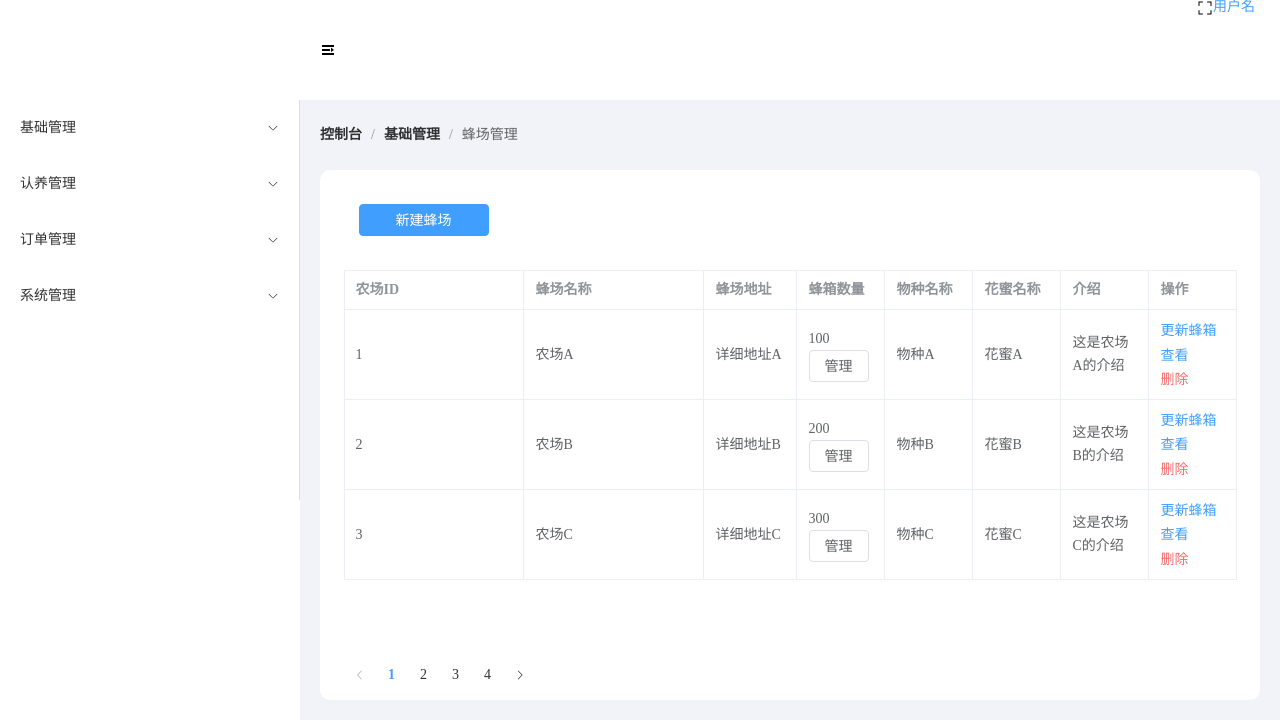
Repository: secret47/test-office-demo
Page: /dashboard/basic/farm
These files come from the project's save history. The page is drawn as it stood at one moment and after a run of saves; the edit follows.
The browser window is 1280 px wide. The pictures show the whole page.
The project was rebuilt for these pictures with package versions that can differ from the ones it lists, and the page was loaded fresh each time. Also part of the build but not shown: vite.config.js.

Above is the page before, as saved 2024-10-30 14:29:37.

### src/main.js
import { createApp } from 'vue'
import '@/style/main.scss'
import App from './App.vue'
import router from './router'

import lang from "./local"


import ElementPlus from "element-plus";
import 'element-plus/dist/index.css'
import * as ElementPlusIconsVue from '@element-plus/icons-vue'

const app = createApp(App);

for (const [key, component] of Object.entries(ElementPlusIconsVue)) {
    app.component(key, component)
}

app.use(lang)
app.use(ElementPlus)
app.use(router)
app.mount('#app')

### src/style/main.scss
* {
    padding: 0;
    margin: 0;
}

html,
body {
    width: 100%;
    height: 100%;
    background: #ffffff;
}

#app {
    width: 100%;
    height: 100%;
}

.main-container {
    width: 100%;
    height: 100%;
}

//顶部搜索
.searchBox {
    width: calc(95% - 30px);
    height: 70px;
    margin: 0 auto;
    padding: 15px;
    display: flex;
    flex-direction: column;
    justify-content: center;

    .new {
        width: 130px;
    }
    .item{
        width:350px;
    }
}

.list {
    width: 95%;
    height: calc(100% - 100px);
    margin: 0 auto;

    .tables {
        width: 100%;
        height: calc(100% - 50px);
    }

    .pages {
        width: 100%;
        height: 50px;
        display: flex;
        flex-direction: column;
        justify-content: center;

    }
}

### src/App.vue
<template>
  <!-- <div> -->
    <router-view />
  <!-- </div> -->
</template>

### src/router/index.js
import { createRouter, createWebHistory } from 'vue-router'
import layouts from "../layouts/index.vue"

const routes = [
    {
        path: '/',
        name: 'Login',
        component: () => import('@/views/login.vue'),
    },
    // 其他路由...
    {
        path: "/dashboard",
        name: "Dashboard",
        component: layouts,
        meta: {
            title: "控制中心"
        },
        children: [
            {
                path: "basic",
                name: "Basic",
                meta: {
                    title: "基础管理"
                },
                component: () => import("@/views/dashboard/basic/index.vue"),
                children: [
                    {
                        path: "farm",
                        name: "farm",
                        meta: {
                            title: "蜂场管理"
                        },
                        component: () => import("@/views/dashboard/basic/farm/index.vue"),
                    }
                ]

            },
            {
                path: "adopt",
                name: "Adopt",
                meta: {
                    title: "认养管理"
                },
                component: () => import("@/views/dashboard/adopt/index.vue"),
                children: [
                    {
                        path: "price",
                        name: "Price",
                        meta: {
                            title: "价格管理"
                        },
                        component: () => import("@/views/dashboard/adopt/price/index.vue"),
                    }
                ]
            },
            {
                path:"order",
                name: "Order",
                meta:{
                    title: "订单管理"
                },
                component: () => import("@/views/dashboard/order/index.vue"),
                children:[
                    {
                        path: "list",
                        name: "OrderList",
                        meta: {
                            title: "订单列表"
                        },
                        component: () => import("@/views/dashboard/order/list/index.vue"),
                    }
                ]
            },
            {
                path: "user",
                name: "User",
                meta: {
                    title: "用户管理"
                },
                component: () => import("@/views/dashboard/user/index.vue"),
            },

        ]
    }
]

const router = createRouter({
    history: createWebHistory(),
    routes
})

export default router

### src/local/index.js
import { createI18n } from "vue-i18n";

import message from "./language"
const i18n = createI18n({
    locale: "zh",
    fallbackLocale: "zh",
    messages: message
})

export default i18n;

### src/layouts/index.vue
<template>
    <div class="layout">
        <el-container>
            <el-aside width="300px" class="side">
                <div class="logo"></div>
                <MenuComponent />
            </el-aside>
            <el-container class="container">
                <el-header>
                    <HeaderComponent></HeaderComponent>
                </el-header>
                <el-main>
                    <div class="bread">
                        <el-breadcrumb separator="/">
                            <el-breadcrumb-item :to="{ path: '/' }">控制台</el-breadcrumb-item>
                            <el-breadcrumb-item><a href="/">基础管理</a></el-breadcrumb-item>
                            <el-breadcrumb-item>蜂场管理</el-breadcrumb-item>
                        </el-breadcrumb>
                    </div>
                    <div class="main">
                        <router-view></router-view>
                    </div>
                </el-main>
            </el-container>
        </el-container>
    </div>
</template>

<script setup>
import MenuComponent from "./components/menu.vue"
import HeaderComponent from "./components/header.vue"
import { ref } from 'vue';
const isCollapse = ref(false);
const toggleCollapse = () => {
    isCollapse.value = !isCollapse.value;
};
</script>

<style lang="scss" scoped>
.layout {
    width: 100%;
    height: 100%;

    .el-container {
        width: 100%;
        height: 100%;
    }

    .side {
        height: 100%;

        .logo {
            width: 100%;
            height: 100px;
        }
    }

    .container {
        width: calc(100% - 300px);
        height: 100%;

        .el-header {
            width: 100%;
            height: 100px;
            background: #ffffff;
        }

        .el-main {
            background: #F2F3F8;
            padding-top: 0;
            .bread {
                width: 100%;
                height: 70px;
                display: flex;
                flex-direction: column;
                justify-content: center;
            }

            .main {
                width: 100%;
                height: calc(100% - 70px);
                background: #ffffff;
                border-radius: 10px;
            }
        }
    }
}
</style>

### src/views/dashboard/basic/index.vue
<script setup lang="ts">
import { RouterView } from 'vue-router';
</script>

<template>
    <RouterView></RouterView>
</template>

### src/views/dashboard/basic/farm/index.vue
<template>
    <div class="main-container">
        <div class="searchBox">
            <el-button type="primary" class="new" @click="openCreateDialog">新建蜂场</el-button>
        </div>
        <div class="list">
            <div class="tables">
                <el-table border :data="farmList"> <el-table-column prop="farmId" label="农场ID"
                        width="180"></el-table-column>
                    <el-table-column prop="farmName" label="蜂场名称" width="180"></el-table-column>
                    <el-table-column prop="address" label="蜂场地址"></el-table-column>
                    <el-table-column prop="hiveNums" label="蜂箱数量">
                        <template #default="scope">
                            {{scope.row.hiveNums}}
                            <el-button>管理</el-button>
                        </template>
                    </el-table-column>
                    <el-table-column prop="speciesName" label="物种名称"></el-table-column>
                    <el-table-column prop="nectarName" label="花蜜名称"></el-table-column>
                    <el-table-column prop="introduce" label="介绍"></el-table-column>
                    <el-table-column label="操作">
                        <template #default="scope">
                            <el-link type="primary">更新蜂箱</el-link>
                            &nbsp;
                            <el-link type="primary">查看</el-link>
                            &nbsp;
                            <el-link type="danger">删除</el-link>
                        </template>
                    </el-table-column>
                </el-table>
            </div>
            <div class="pages">
                <el-pagination layout="prev, pager, next" :total="40" />
            </div>
        </div>
    </div>

    <el-dialog v-model="showCreateNew" title="新建蜂场" width="30%">
        <div class="forms">
            <el-form :model="createForm" label-width="120px">
                <el-form-item label="农场ID">
                    <el-input v-model="createForm.farmId"></el-input>
                </el-form-item>
                <el-form-item label="蜂场名称">
                    <el-input v-model="createForm.farmName"></el-input>
                </el-form-item>
                <el-form-item label="省份">
                    <el-select v-model="createForm.province" placeholder="请选择省份">
                        <el-option label="省份A" value="省份A"></el-option>
                        <el-option label="省份B" value="省份B"></el-option>
                        <el-option label="省份C" value="省份C"></el-option>
                    </el-select>
                </el-form-item>
                <el-form-item label="详细地址">
                    <el-input v-model="createForm.address"></el-input>
                </el-form-item>
                <el-form-item label="物种名称">
                    <el-input v-model="createForm.speciesName"></el-input>
                </el-form-item>
                <el-form-item label="花蜜名称">
                    <el-input v-model="createForm.nectarName"></el-input>
                </el-form-item>
                <el-form-item label="介绍">
                    <el-input type="textarea" v-model="createForm.introduce"></el-input>
                </el-form-item>
            </el-form>
        </div>
        <template #footer>
            <span class="dialog-footer">
                <el-button @click="showCreateNew = false">{{ $t("cancel") }}</el-button>
                <el-button type="primary" @click="showCreateNew = false">
                    {{ $t("save") }}
                </el-button>
            </span>
        </template>
    </el-dialog>

</template>
<script setup>
import { ref, reactive } from "vue"

const farmList = reactive([
    {
        farmId: "1",
        farmName: "农场A",
        provice: "省份A",
        city: "城市A",
        district: "区域A",
        address: "详细地址A",
        introduce: "这是农场A的介绍",
        hiveNums: "100",
        speciesName: "物种A",
        nectarName: "花蜜A",
        lng: "123.456",
        lat: "78.910"
    },
    {
        farmId: "2",
        farmName: "农场B",
        provice: "省份B",
        city: "城市B",
        district: "区域B",
        address: "详细地址B",
        introduce: "这是农场B的介绍",
        hiveNums: "200",
        speciesName: "物种B",
        nectarName: "花蜜B",
        lng: "123.457",
        lat: "78.911"
    },
    {
        farmId: "3",
        farmName: "农场C",
        provice: "省份C",
        city: "城市C",
        district: "区域C",
        address: "详细地址C",
        introduce: "这是农场C的介绍",
        hiveNums: "300",
        speciesName: "物种C",
        nectarName: "花蜜C",
        lng: "123.458",
        lat: "78.912"
    }
])

const createForm = reactive({
    farmId: "",
    farmName: "",
    province: "",
    address: "",
    hiveNums: "",
    speciesName: "",
    nectarName: "",
    introduce: ""
})

const showCreateNew = ref(false)


const openCreateDialog = () => {
    showCreateNew.value = true;
}
</script>

### src/local/language/index.js
import zh from "./zh"
import en from "./en"

export default {
    ...en,
    ...zh
}

### src/layouts/components/menu.vue
<template>
    <el-menu class="menu">
        <el-sub-menu index="1" :collapse="isCollapse">
            <template #title>基础管理</template>
            <el-menu-item index="1-1">蜂场管理</el-menu-item>
            <el-menu-item index="1-2">蜂箱管理</el-menu-item>
        </el-sub-menu>
        <el-sub-menu index="2">
            <template #title>认养管理</template>
            <el-menu-item index="2-1">认养设置</el-menu-item>
        </el-sub-menu>
        <el-sub-menu index="3">
            <template #title>订单管理</template>
            <el-menu-item index="3-1">订单列表</el-menu-item>
        </el-sub-menu>
        <el-sub-menu index="4">
            <template #title>系统管理</template>
            <el-menu-item index="2-1">素材管理</el-menu-item>
        </el-sub-menu>
    </el-menu>
</template>

<script setup>
import { ref } from 'vue';
const isCollapse = ref(false);
</script>

<style lang="scss" scoped>
.menu:not(.el-menu--collapse) {
    width: 300px;
    min-height: 400px;
}
</style>

### src/layouts/components/header.vue
<template>
    <div class="header">
        <div class="collapseIcon">
            <el-icon style="cursor: pointer;">
                <Expand />
            </el-icon>
        </div>
        <div class="user">
            <el-icon><FullScreen /></el-icon>
            <el-dropdown trigger="click" @command="handleCommand">
                <span class="el-dropdown-link">
                    <i class="el-icon-user"></i>
                    {{ username }}
                    <i class="el-icon-arrow-down el-icon--right"></i>
                </span>
                <template #dropdown>
                    <el-dropdown-menu>
                        <el-dropdown-item command="userCenter">个人中心</el-dropdown-item>
                        <el-dropdown-item command="logout">退出登录</el-dropdown-item>
                    </el-dropdown-menu>
                </template>
            </el-dropdown>

        </div>
    </div>
</template>

<script setup>
import { ref } from 'vue';
import { ElMessage } from 'element-plus';

const username = ref('用户名'); // 这里应该从后端获取真实的用户名

const handleCommand = (command) => {
    if (command === 'logout') {
        // 执行退出操作
        ElMessage.success('退出成功');
        // 这里可以添加跳转到登录页面的逻辑
    } else if (command === 'userCenter') {
        // 跳转到个人中心页面
        ElMessage.info('跳转到个人中心');
        // 这里可以添加跳转逻辑
    }
};
</script>

<style lang="scss" scoped>
.header {
    display: flex;
}

.el-dropdown-link {
    cursor: pointer;
    color: #409EFF;
}


.collapseIcon {
    width: 100px;
    height: 100px;
    display: flex;
    // justify-content: center;
    /* 水平居中 */
    align-items: center;
    /* 垂直居中 */
}

.user {
    margin-left: auto;
}
</style>

### src/local/language/zh.js
export default{
    zh:{
        title:"后台管理系统",
        login:"登录",
        username:"用户名",
        password:"密码",
        remember:"记住密码",
        forget:"忘记密码",
        save:"保存",
        confirm:"确定",
        cancel:"取消",
        delete:"删除",
        show:"查看",
        open:"打开"
    }
}

### src/local/language/en.js
export default{
    en:{
        title:"system management"
    }
}

Loaded but not shown: index.html (common file)

After the next 2 saves:
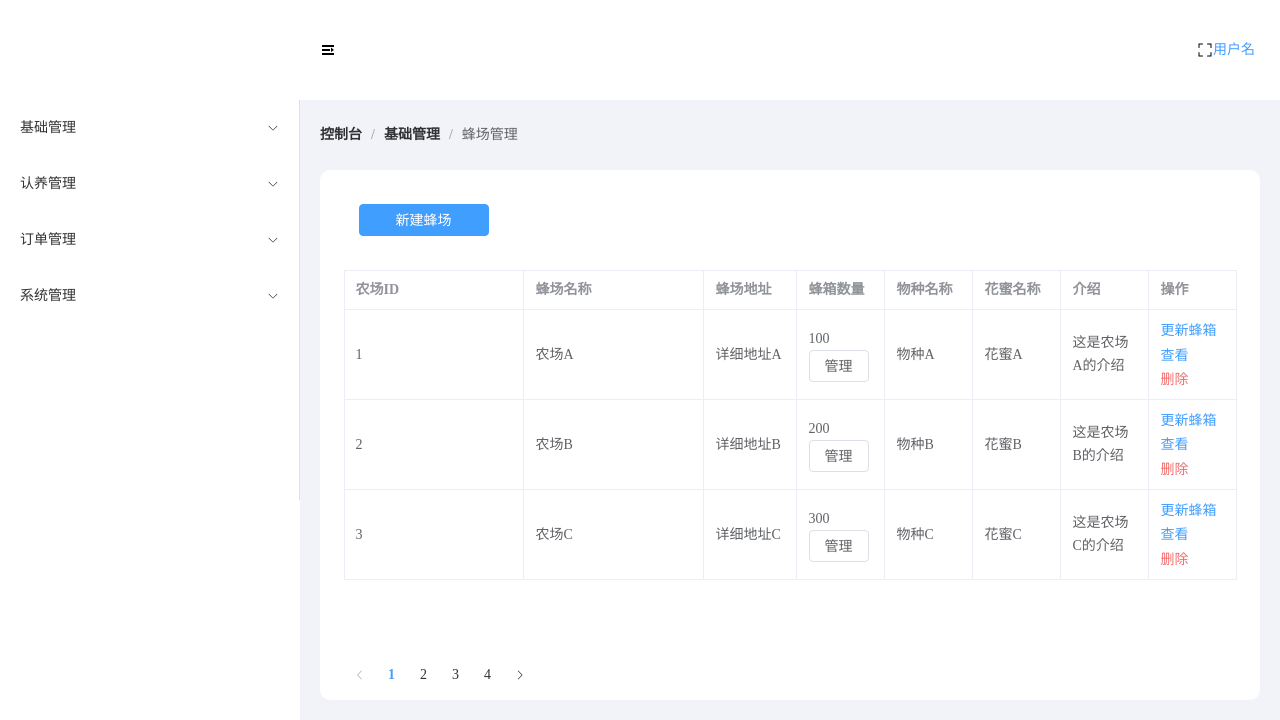
The 2 saves are shown as one change because they came seconds apart.
The last was saved 16 s later.
--- a/src/layouts/components/header.vue
+++ b/src/layouts/components/header.vue
@@ -6,7 +6,9 @@
             </el-icon>
         </div>
         <div class="user">
-            <el-icon><FullScreen /></el-icon>
+            <el-icon>
+                <FullScreen />
+            </el-icon>
             <el-dropdown trigger="click" @command="handleCommand">
                 <span class="el-dropdown-link">
                     <i class="el-icon-user"></i>
@@ -67,5 +69,8 @@ const handleCommand = (command) => {
 
 .user {
     margin-left: auto;
+    display: flex;
+    /* 水平居中 */
+    align-items: center;
 }
 </style>
